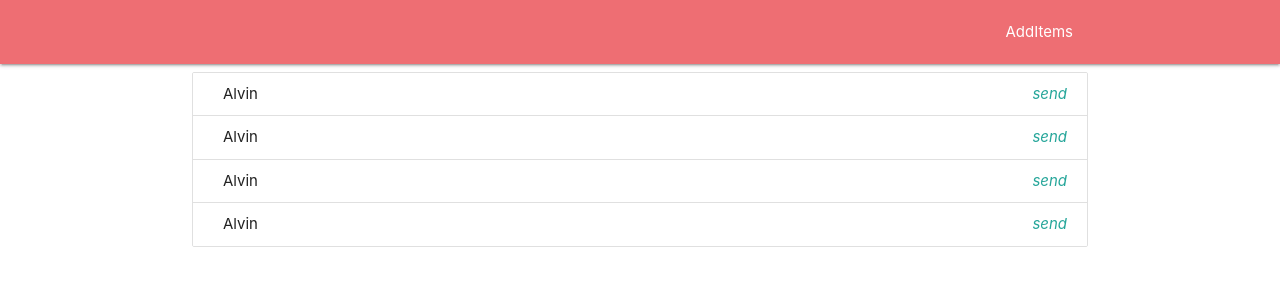
Repository: umarrg/crud-app-ejs-and-nodejs
Page: public/error.html
The author's editor kept a copy of each file at every save. The page is drawn from the files as they stood at one save, then again after a run of saves.
The browser window is 1280 px wide. The pictures show the whole page.

Above is the page before, as saved 2020-12-29 11:58:22.

After the next 2 saves:
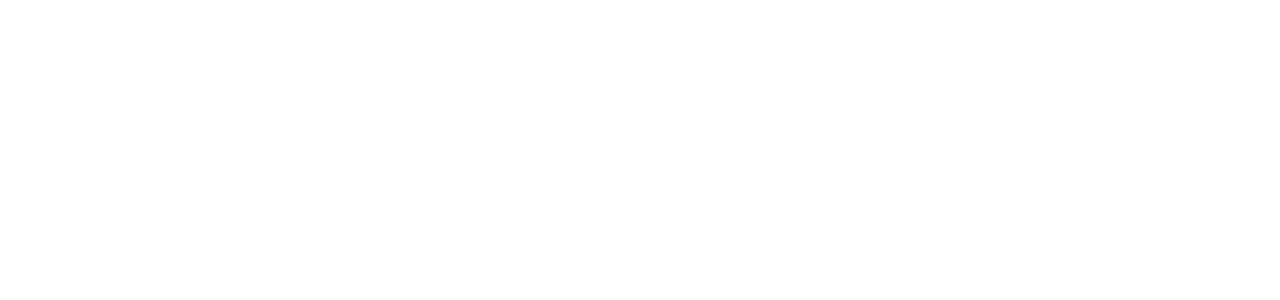
The 2 saves are shown as one change because they came seconds apart.
The last was saved 21 s later.
--- a/public/error.html
+++ b/public/error.html
@@ -8,23 +8,9 @@
     <title></title>
 </head>
 <body>
-    <nav>
+
         <div class="nav-wrapper container">
-          <!-- <a href="#" class="brand-logo">Logo</a> -->
-          <ul id="nav-mobile" class="right hide-on-med-and-down">
-            <li><a href="http://localhost:9000/additem"> AddItems</a></li>
 
-          </ul>
-        </div>
-      </nav>
-      <div class="container">
-        <ul class="collection with-header">
-
-          <li class="collection-item"><div>Alvin<a href="#!" class="secondary-content"><i class="material-icons">send</i></a></div></li>
-          <li class="collection-item"><div>Alvin<a href="#!" class="secondary-content"><i class="material-icons">send</i></a></div></li>
-          <li class="collection-item"><div>Alvin<a href="#!" class="secondary-content"><i class="material-icons">send</i></a></div></li>
-          <li class="collection-item"><div>Alvin<a href="#!" class="secondary-content"><i class="material-icons">send</i></a></div></li>
-        </ul>
       </div>
 
 </body>

After the 2 saves that followed:
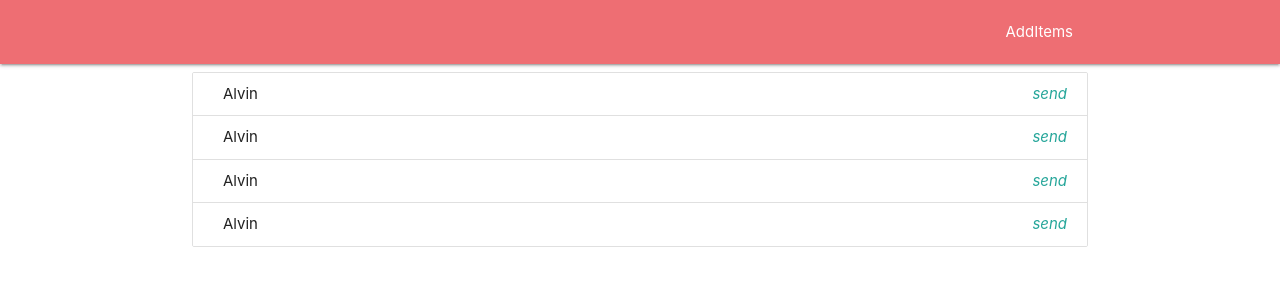
The 2 saves are shown as one change because 1 left the picture as it was.
The last was saved 34 s later.
--- a/public/error.html
+++ b/public/error.html
@@ -8,9 +8,23 @@
     <title></title>
 </head>
 <body>
+    <nav>
+        <div class="nav-wrapper container">
+          <!-- <a href="#" class="brand-logo">Logo</a> -->
+          <ul id="nav-mobile" class="right hide-on-med-and-down">
+            <li><a href="http://localhost:9000/additem"> AddItems</a></li>
 
-        <div class="nav-wrapper container">
+          </ul>
+        </div>
+      </nav>
+      <div class="container">
+        <ul class="collection with-header">
 
+          <li class="collection-item"><div>Alvin<a href="#!" class="secondary-content"><i class="material-icons">send</i></a></div></li>
+          <li class="collection-item"><div>Alvin<a href="#!" class="secondary-content"><i class="material-icons">send</i></a></div></li>
+          <li class="collection-item"><div>Alvin<a href="#!" class="secondary-content"><i class="material-icons">send</i></a></div></li>
+          <li class="collection-item"><div>Alvin<a href="#!" class="secondary-content"><i class="material-icons">send</i></a></div></li>
+        </ul>
       </div>
 
 </body>
